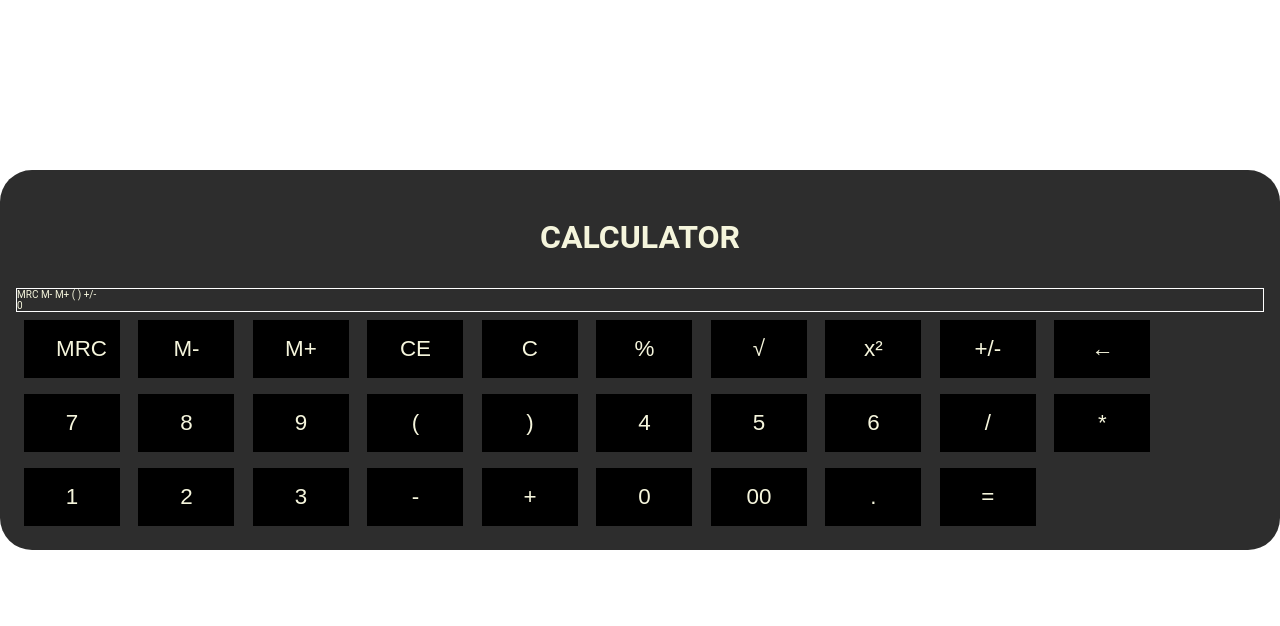
Repository: Denis793/CalculatorNew
Page: index.html
The author's editor kept a copy of each file at every save. The page is drawn from the files as they stood at one save, then again after the next save.
The browser window is 1280 px wide. The pictures show the whole page.
The style sheet was rebuilt from its Sass, Less or Tailwind sources for each picture, by a compiler version that may differ from the author's.

Above is the page before, as saved 2025-05-17 17:40:41.

### index.html
<!DOCTYPE html>
<html lang="en">
  <head>
    <meta charset="UTF-8" />
    <meta name="viewport" content="width=device-width, initial-scale=1.0" />
    <title>Calculator</title>
    <link rel="stylesheet" href="./app/style/css/main.css" />
  </head>
  <body>
    <div class="calculatorContainer">
      <h1>Calculator</h1>

      <div class="display">
        <div class="indicators">
          <span class="indicator" data-key="MRC">MRC</span>
          <span class="indicator" data-key="M-">M-</span>
          <span class="indicator" data-key="M+">M+</span>
          <span class="indicator" data-key="()">( )</span>
          <span class="indicator" data-key="+/-">+/-</span>
        </div>

        <ul id="historyList"></ul>

        <div class="previous"></div>
        <div class="current"></div>
      </div>

      <div class="keypad">
        <button class="button">MRC</button>
        <button class="button">M-</button>
        <button class="button">M+</button>
        <button class="button">CE</button>
        <button class="button ac">C</button>

        <button class="button">%</button>
        <button class="button">√</button>
        <button class="button">x²</button>
        <button class="button">+/-</button>
        <button class="button">←</button>

        <button class="button">7</button>
        <button class="button">8</button>
        <button class="button">9</button>
        <button class="button">(</button>
        <button class="button">)</button>

        <button class="button">4</button>
        <button class="button">5</button>
        <button class="button">6</button>
        <button class="button">/</button>
        <button class="button">*</button>

        <button class="button">1</button>
        <button class="button">2</button>
        <button class="button">3</button>
        <button class="button">-</button>
        <button class="button plus">+</button>

        <button class="button">0</button>
        <button class="button">00</button>
        <button class="button">.</button>
        <button class="button">=</button>
      </div>
    </div>
    <script type="module" src="./app/js/main.js"></script>
  </body>
</html>

### app/js/main.js
import { initializeCalculator } from './state.js';
import './memory.js';
import './operations.js';
import './equals.js';
import './formatter.js';
import './history.js';
import './inputHandler.js';

initializeCalculator();

### app/js/state.js
import { handleMemory } from './memory.js';
import { handleOperations } from './operations.js';
import { handleEquals } from './equals.js';
import { handleInput } from './inputHandler.js';

export const state = {
  expression: '',
  memory: 0,
  memoryLog: [],
  memoryActive: false,

  finish: false,
  lastOperator: '',
  lastOperand: '',
  history: [],
  MAX_LENGTH: 12,
  displayPrev: document.querySelector('.previous'),
  displayCurr: document.querySelector('.current'),
  buttons: document.querySelector('.keypad'),
  historyList: document.getElementById('historyList'),
  lastFunction: '',
  parenthesesCount: 0,
};

export function clearAll() {
  state.expression = '';
  state.finish = false;
  state.lastOperator = '';
  state.lastOperand = '';
  state.lastFunction = '';
  state.parenthesesCount = 0;
  state.displayCurr.textContent = '0';
  state.displayPrev.textContent = '';
  state.historyList.innerHTML = '';
  state.history = [];
  state.memoryActive = false;

  document.querySelectorAll('.button').forEach((btn) => btn.classList.remove('active-operator'));
  document.querySelectorAll('.indicator').forEach((i) => i.classList.remove('active'));
}

export function initializeCalculator() {
  clearAll();

  document.querySelector('.ac').addEventListener('click', clearAll);

  state.buttons.addEventListener('click', (e) => {
    const btn = e.target;
    if (!btn.classList.contains('button')) return;

    const key = btn.textContent;

    const specialKeys = ['MRC', 'M-', 'M+', '+/-', '√'];
    if (specialKeys.includes(key)) {
      document.querySelectorAll('.indicator').forEach((i) => {
        const keep = i.dataset.key === '()' && state.parenthesesCount > 0;
        if (!keep) i.classList.remove('active');
      });
      const indicator = document.querySelector(`.indicator[data-key="${key}"]`);
      if (indicator) indicator.classList.add('active');
    }

    if (handleMemory(key)) return;
    if (handleOperations(key)) return;
    if (handleEquals(key)) return;
    if (handleInput(key)) return;
  });
}

### app/js/memory.js
import { state } from './state.js';
import { formatExpression } from './formatter.js';

export function handleMemory(key) {
  if (!state.memoryLog) state.memoryLog = [];

  if (key === 'MRC') {
    const indicator = document.querySelector('.indicator[data-key="MRC"]');
    if (state.memoryActive) {
      state.memoryActive = false;
      if (indicator) indicator.classList.remove('active');
    } else {
      state.displayCurr.textContent = formatExpression(state.memory.toString());
      state.expression = state.memory.toString();
      state.finish = false;
      state.memoryActive = true;
      if (indicator) indicator.classList.add('active');
    }
    return true;
  }

  if (key === 'M+') {
    const value = parseFloat(state.displayCurr.textContent.replace(/\s/g, '')) || 0;
    state.memory += value;
    state.memoryLog.push(`+${value}`);
    if (state.memoryLog.length > 5) state.memoryLog.shift();
    state.memoryActive = true;
    const indicator = document.querySelector('.indicator[data-key="MRC"]');
    if (indicator) indicator.classList.add('active');
    return true;
  }

  if (key === 'M-') {
    const value = parseFloat(state.displayCurr.textContent.replace(/\s/g, '')) || 0;
    state.memory -= value;
    state.memoryLog.push(`-${value}`);
    if (state.memoryLog.length > 5) state.memoryLog.shift();
    state.memoryActive = true;
    const indicator = document.querySelector('.indicator[data-key="MRC"]');
    if (indicator) indicator.classList.add('active');
    return true;
  }

  return false;
}

### app/js/operations.js
import { state, clearAll } from './state.js';
import { formatExpression } from './formatter.js';

export function handleOperations(key) {
  if (key === '+/-') {
    if (state.displayCurr.textContent === '0') return true;
    if (state.finish) {
      state.expression = (-parseFloat(state.displayCurr.textContent.replace(/\s/g, ''))).toString();
      state.finish = false;
    } else {
      const match = state.expression.match(/(-?\d+\.?\d*)$/);
      if (match) {
        const num = match[0];
        const inverted = (-parseFloat(num)).toString();
        state.expression = state.expression.slice(0, -num.length) + inverted;
      } else {
        state.expression = '-' + state.expression;
      }
    }
    state.displayCurr.textContent = formatExpression(state.expression);
    return true;
  }

  if (key === '←') {
    if (state.finish) return true;
    state.expression = state.expression.slice(0, -1);
    state.displayCurr.textContent = formatExpression(state.expression) || '0';
    return true;
  }

  if (key === '%') {
    state.expression += '/100';
    state.displayCurr.textContent = formatExpression(state.expression);
    return true;
  }

  if (key === '√') {
    if (state.expression === '') return true;
    const original = state.expression;
    const result = Math.sqrt(eval(original));
    const visible = `√${original}`;
    state.expression = result.toString();
    state.displayCurr.textContent = formatExpression(state.expression);
    state.displayPrev.textContent = visible;
    state.lastFunction = 'sqrt';
    state.lastOperator = '';
    state.lastOperand = '';
    state.finish = true;
    const indicator = document.querySelector(`.indicator[data-key="√"]`);
    if (indicator) indicator.classList.add('active');
    return true;
  }

  if (key === '(') {
    const lastChar = state.expression.slice(-1);
    if (/\d|\)/.test(lastChar)) return true;

    if (state.finish) {
      state.expression = '';
      state.finish = false;
    }

    state.expression += key;
    state.displayCurr.textContent = formatExpression(state.expression);
    state.parenthesesCount++;

    const indicator = document.querySelector('.indicator[data-key="()"]');
    if (indicator) indicator.classList.add('active');

    return true;
  }

  if (key === ')') {
    if (state.finish) {
      state.expression = '';
      state.finish = false;
    }
    state.expression += key;
    state.displayCurr.textContent = formatExpression(state.expression);
    if (state.parenthesesCount > 0) {
      state.parenthesesCount--;
      if (state.parenthesesCount === 0) {
        const indicator = document.querySelector(`.indicator[data-key="()"]`);
        if (indicator) indicator.classList.remove('active');
      }
    }
    return true;
  }

  if (key === 'x²') {
    const value = eval(state.expression || '0');
    const result = value ** 2;
    const visible = `${value}²`;
    state.expression = result.toString();
    state.displayCurr.textContent = formatExpression(state.expression);
    state.displayPrev.textContent = visible;
    state.lastFunction = 'square';
    state.lastOperator = '';
    state.lastOperand = '';
    state.finish = true;
    return true;
  }

  if (key === 'CE') {
    const match = state.expression.match(/.*?(?:[+\-*/(]|^)([\d.]+)$/);
    if (match) {
      state.expression = state.expression.slice(0, -match[1].length);
    } else {
      state.expression = '';
    }
    state.lastFunction = '';
    state.displayCurr.textContent = formatExpression(state.expression) || '0';
    document.querySelectorAll('.indicator').forEach((i) => i.classList.remove('active'));
    return true;
  }

  if (key === 'C') {
    clearAll();
    return true;
  }

  return false;
}

### app/js/equals.js
import { state } from './state.js';
import { formatExpression } from './formatter.js';
import { addToHistory } from './history.js';

export function handleEquals(key) {
  if (key !== '=') return false;

  try {
    const open = (state.expression.match(/\(/g) || []).length;
    const close = (state.expression.match(/\)/g) || []).length;
    if (open !== close) return true;

    if (!state.finish) {
      const result = eval(state.expression);
      const match = state.expression.match(/(.+)([+\-*/])\s*(-?\d+\.?\d*)$/);

      if (match) {
        state.lastOperator = match[2];
        state.lastOperand = match[3];
      } else {
        state.lastOperator = '';
        state.lastOperand = '';
      }

      const visible = state.displayPrev.textContent || state.expression;

      state.displayCurr.textContent = formatExpression(result.toString());
      state.expression = result.toString();
      state.finish = true;
      state.displayPrev.textContent = '';

      const containsOperator = /[+\-*/()]|Math\.sqrt|%/.test(visible);
      const isSame = visible.replace(/\s/g, '') === result.toString();

      if (containsOperator && !isSame) {
        addToHistory(`${visible} = ${result}`);
      }
    } else if (state.lastFunction === 'sqrt' && state.finish) {
      const value = parseFloat(state.expression);
      const result = Math.sqrt(value);
      const visible = `√${value}`;
      state.displayCurr.textContent = formatExpression(result.toString());
      state.expression = result.toString();
      state.displayPrev.textContent = visible;
      addToHistory(`${visible} = ${result}`);
      return true;
    } else if (state.lastOperator && state.lastOperand) {
      state.expression = `${state.expression}${state.lastOperator}${state.lastOperand}`;
      const result = eval(state.expression);
      state.displayCurr.textContent = formatExpression(result.toString());
      state.expression = result.toString();
      addToHistory(`${state.expression} = ${result}`);
    }
  } catch {
    return true;
  }

  return true;
}

### app/js/formatter.js
export function formatExpression(expression) {
  return expression.replace(/\d+/g, (match) => {
    return Number(match).toLocaleString('en-US').replace(/,/g, ' ');
  });
}

### app/js/history.js
import { state } from './state.js';

export function addToHistory(item) {
  state.history.push(item);
  if (state.history.length > 3) state.history.shift();

  state.historyList.innerHTML = '';
  state.history.forEach((entry) => {
    const li = document.createElement('li');
    li.textContent = entry;
    state.historyList.appendChild(li);
  });
}

### app/js/inputHandler.js
import { state } from './state.js';
import { formatExpression } from './formatter.js';

export function handleInput(key) {
  const allowed = ['0', '1', '2', '3', '4', '5', '6', '7', '8', '9', '.', '+', '-', '*', '/', '00'];
  if (!allowed.includes(key)) return false;

  if (state.finish) {
    if (!isNaN(key) || key === '(') state.expression = '';
    state.finish = false;
  }

  const digitsOnly = state.expression.replace(/\D/g, '');
  if (digitsOnly.length >= state.MAX_LENGTH) return true;

  if (state.displayCurr.textContent === '0' && !isNaN(key)) {
    state.expression = key;
  } else {
    state.expression += key;
  }

  state.displayCurr.textContent = formatExpression(state.expression);
  return true;
}

### app/style/scss/main.scss
@use 'reset' as *;

.calculatorContainer {
  display: flex;
  flex-direction: column;
  align-items: center;
  background: #2d2d2d;
  border-radius: 2rem;
  padding: 1rem;
}

h1 {
  font-size: 2rem;
  text-transform: uppercase;
  margin: 2rem;
}

.display {
  width: 100%;
  border: 1px solid #fff;
}

button {
  width: 6rem;
  padding: 1rem 2rem;
  text-align: center;
  margin: 0.5rem;
  border: none;
  background: #000;
  font-size: 1.4rem;
}

### app/style/scss/_reset.scss
* {
  margin: 0;
  padding: 0;
  box-sizing: border-box;
  color: beige;
}

body {
  font-family: 'Roboto', sans-serif;
  font-size: 10px;
  height: 100vh;
  display: flex;
  justify-content: center;
  align-items: center;
}

After the next save:
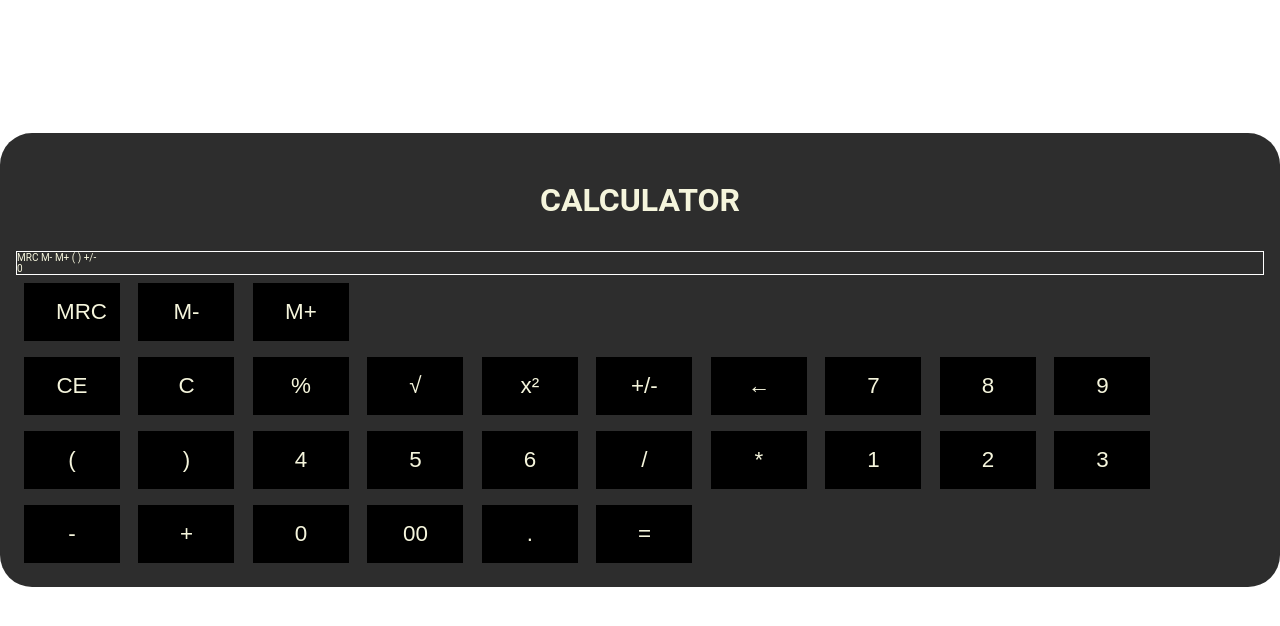
Saved 44 s later.
--- a/index.html
+++ b/index.html
@@ -26,9 +26,12 @@
       </div>
 
       <div class="keypad">
-        <button class="button">MRC</button>
-        <button class="button">M-</button>
-        <button class="button">M+</button>
+        <div class="memoryBtn">
+          <button class="button">MRC</button>
+          <button class="button">M-</button>
+          <button class="button">M+</button>
+        </div>
+
         <button class="button">CE</button>
         <button class="button ac">C</button>
 
